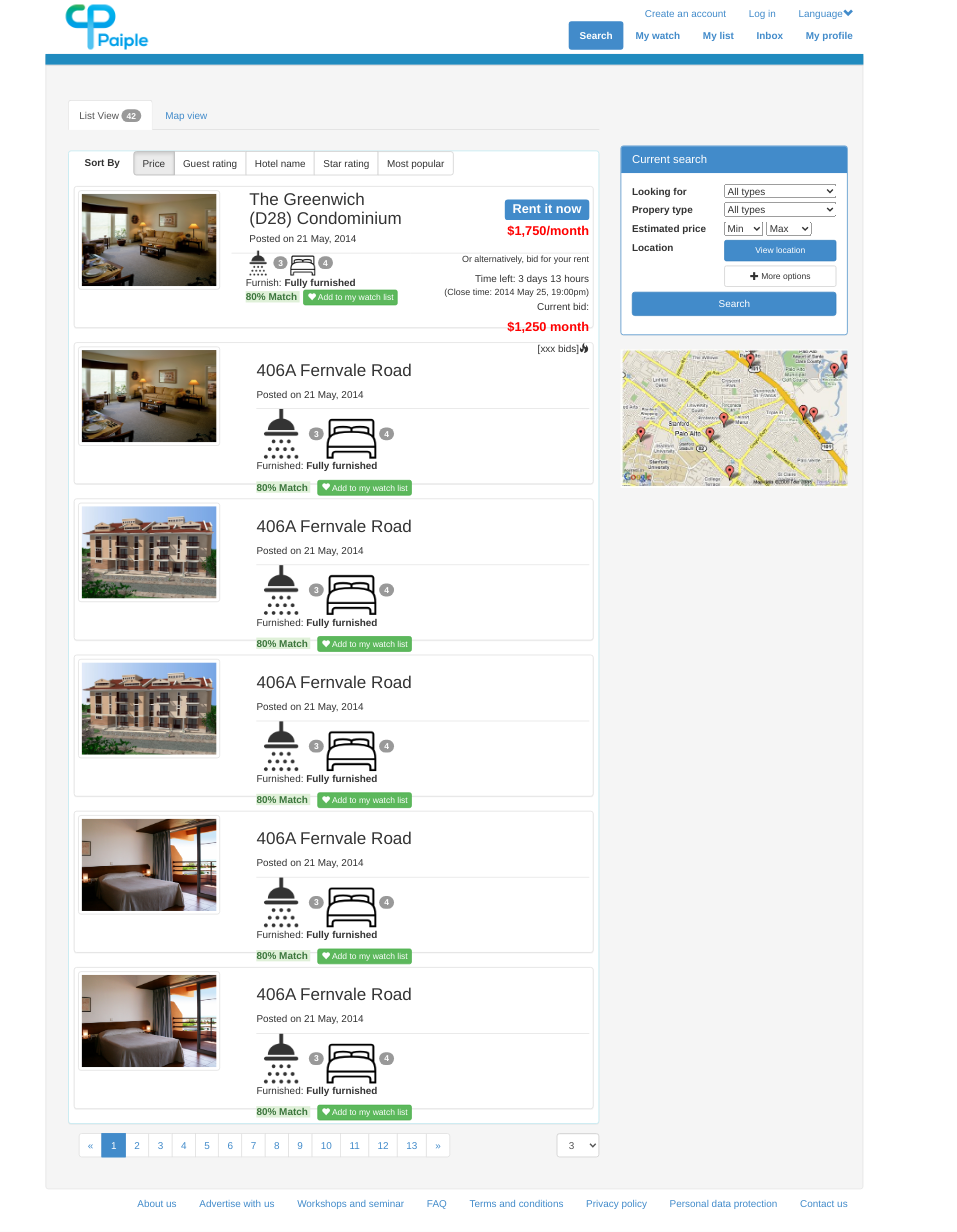
Repository: thytran142/Intern
Page: Internship/ListingPage.html
The author's editor kept a copy of each file at every save. The page is drawn from the files as they stood at one save, then again after the next save.
The browser window is 1280 px wide. The page is 1348 px wide, so the pictures cover 1348 px, including what lies to the right of the window. The pictures show the whole page, at 71% of full size.
Some web libraries are served in a nearby version.

Above is the page before, as saved 2014-05-23 05:47:04.

After the next save:
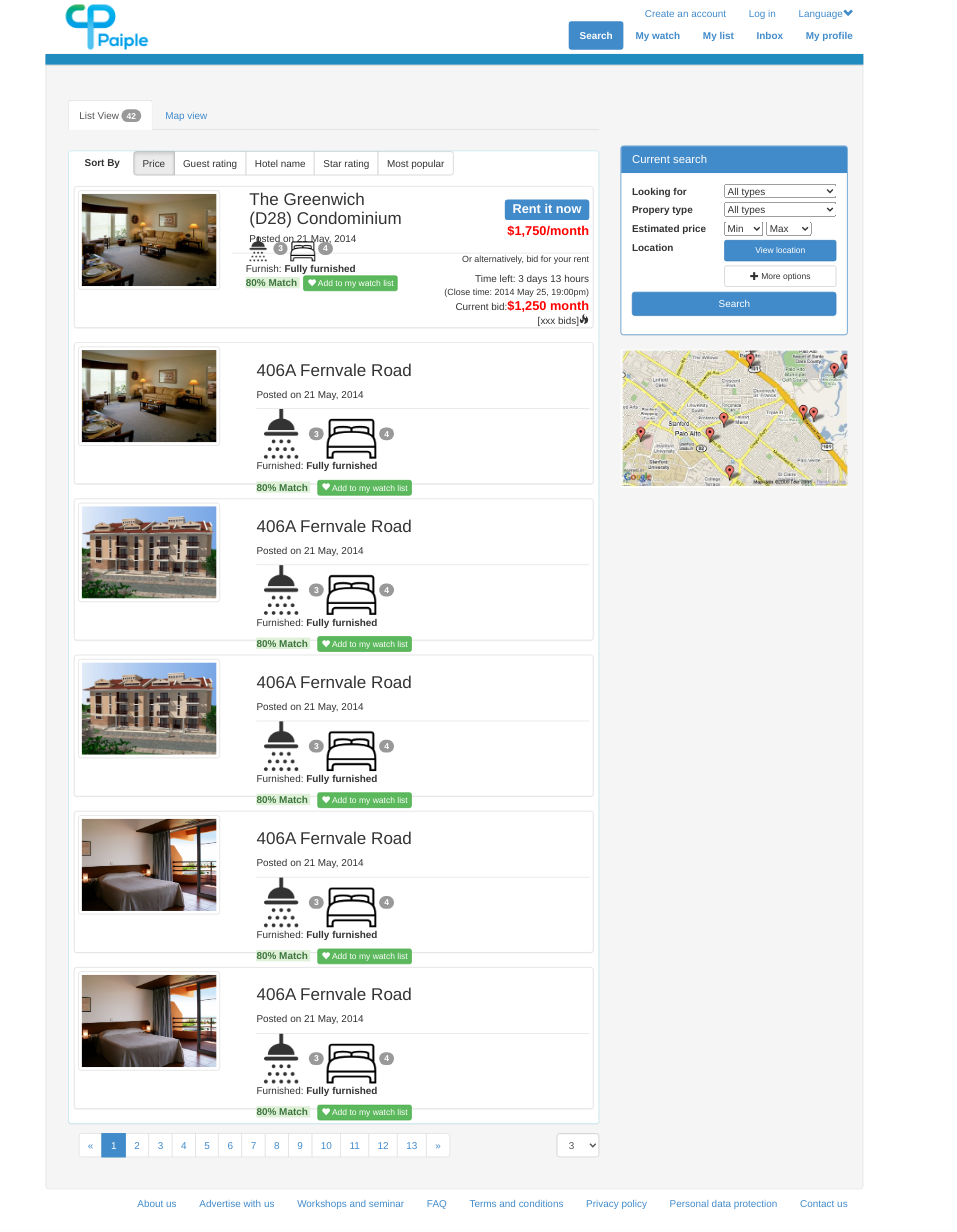
Saved 8 s later.
--- a/Internship/ListingPage.html
+++ b/Internship/ListingPage.html
@@ -182,7 +182,7 @@
 								<td style="text-align:right;"><div style="font-size:90%;">Or alternatively, bid for your rent</div>
 									<h5>Time left: 3 days 13 hours</h5>
 									<div style="font-size:90%;margin-top:-3%;">(Close time: 2014 May 25, 19:00pm)</div>
-									<h5 style="display:inline;margin-top:1%;">Current bid:</h5><h4 style="font-weight:bold;color:red;">$1,250 month</h4>
+									<h5 style="display:inline;margin-top:1%;">Current bid:</h5><h4 style="font-weight:bold;color:red;display:inline;">$1,250 month</h4>
 									<p>[xxx bids]<span class="glyphicon glyphicon-fire"></span></p>
 							</td>
 							</tr>
